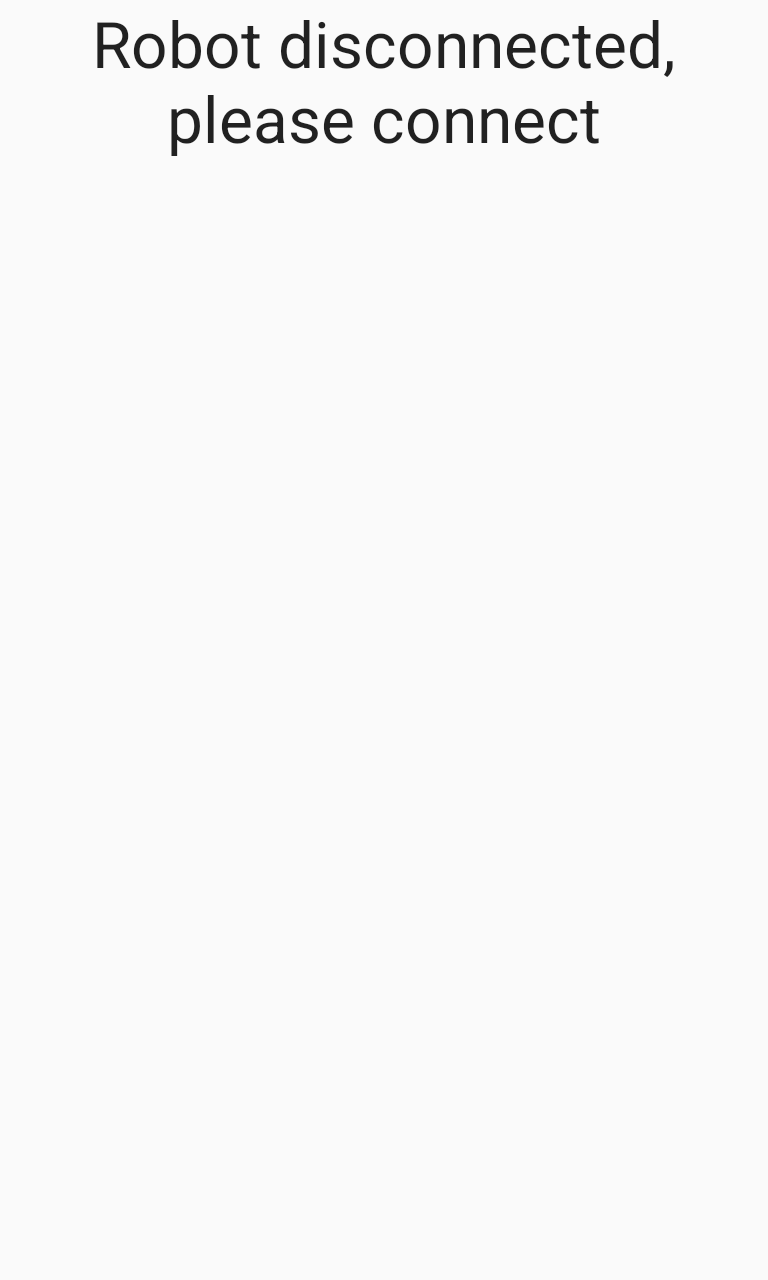
Repository: cjsatuforc/Bobina
Layout: source/android/Bobina/res/layout/main_layout.xml
An editor plug-in stored every save of this project. The layout is shown before and after the next save, followed by the edit.
It is drawn on a 768 x 1280 px phone screen (xhdpi) without system bars, with theme AppTheme; the app's code is not run.

Above is the layout before, as saved 2015-04-25 23:59:52.

### source/android/Bobina/res/layout/main_layout.xml
<?xml version="1.0" encoding="utf-8"?>
<RelativeLayout xmlns:android="http://schemas.android.com/apk/res/android"
    android:layout_width="match_parent"
    android:layout_height="match_parent" >

    <TextView
        android:id="@+id/main_title"
        style="@style/AppTitle"
        android:layout_width="wrap_content"
        android:layout_height="wrap_content"

        android:text="@string/main_title_disconnected" />

</RelativeLayout>

### source/android/Bobina/res/values-v11/styles.xml
<resources xmlns:android="http://schemas.android.com/apk/res/android">

    <!--
        Base application theme for API 11+. This theme completely replaces
        AppBaseTheme from res/values/styles.xml on API 11+ devices.
    -->
    <style name="AppBaseTheme" parent="Theme.AppCompat.Light">
        <!-- API 11 theme customizations can go here. -->
    </style>

    <!-- Titles of project -->
    <style name="AppTitle" parent="AppBaseTheme">
        <item name="android:textSize">32sp</item>
        <item name="android:gravity">center</item>
    </style>

</resources>

### source/android/Bobina/res/values/strings.xml
<?xml version="1.0" encoding="utf-8"?>
<resources>

    <string name="app_name">Bobina</string>
    <string name="hello_world">Hello world!</string>
    <string name="action_settings">Settings</string>
    <string name="main_title_disconnected">Robot disconnected, please connect</string>

</resources>

### source/android/Bobina/res/layout/control.xml
<?xml version="1.0" encoding="utf-8"?>
<RelativeLayout xmlns:android="http://schemas.android.com/apk/res/android"
    android:layout_width="match_parent"
    android:layout_height="match_parent"
    android:orientation="vertical" >

    <ImageButton
        android:id="@+id/imageButton2"
        android:layout_width="wrap_content"
        android:layout_height="wrap_content"
        android:layout_below="@+id/imageButton4"
        android:layout_centerHorizontal="true"
        android:src="@drawable/back" />

    <ImageButton
        android:id="@+id/imageButton1"
        android:layout_width="wrap_content"
        android:layout_height="wrap_content"
        android:layout_centerHorizontal="true"
        android:layout_alignLeft="@+id/imageButton2"
        android:layout_alignParentTop="true"
        android:src="@drawable/up" />

    <ImageButton
        android:id="@+id/imageButton3"
        android:layout_width="wrap_content"
        android:layout_height="wrap_content"
        android:layout_alignParentLeft="true"
        android:layout_alignParentTop="true"
        android:layout_marginTop="90dp"
        android:src="@drawable/left" />

    <ImageButton
        android:id="@+id/imageButton4"
        android:layout_width="wrap_content"
        android:layout_height="wrap_content"
        android:layout_alignParentRight="true"

        android:layout_alignTop="@+id/imageButton3"
        android:src="@drawable/right" />

</RelativeLayout>

Loaded but not shown: source/android/Bobina/res/values/styles.xml (common file); source/android/Bobina/res/values-v14/styles.xml (common file)

After the next save:
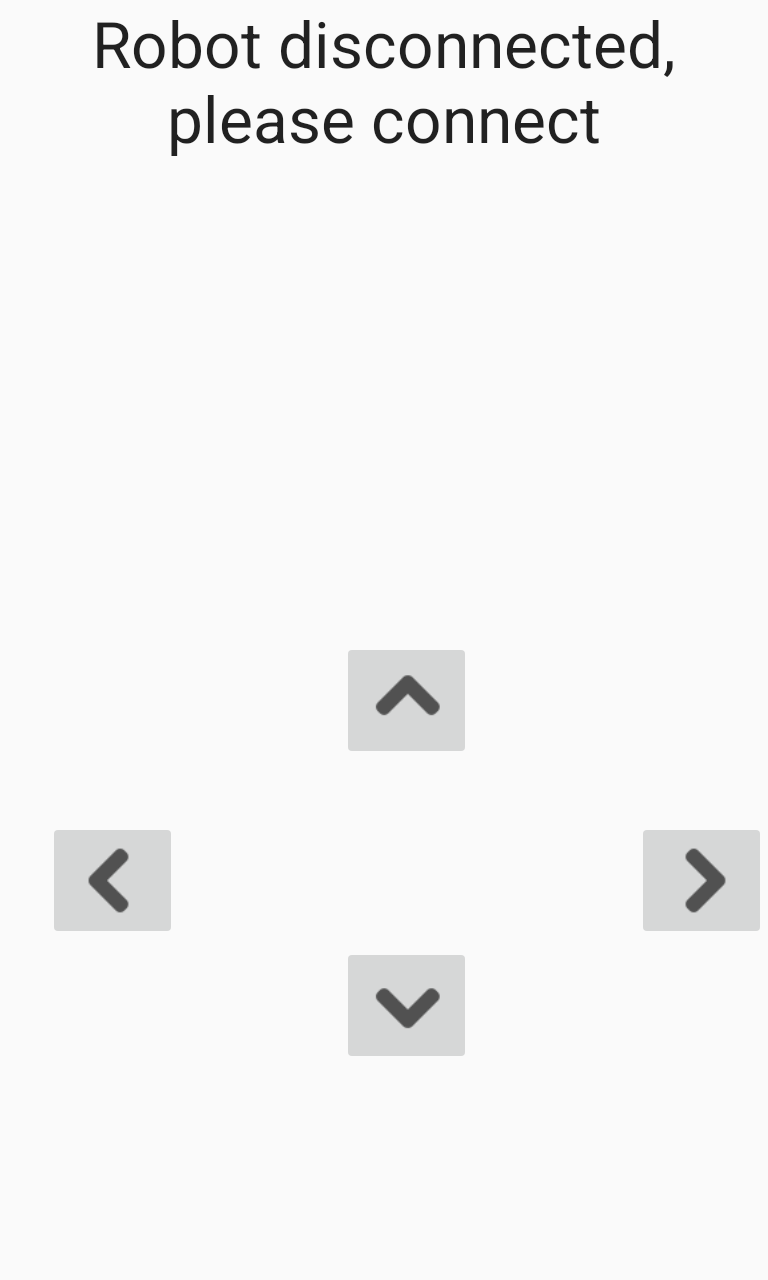
Saved 21 s later.
--- a/source/android/Bobina/res/layout/main_layout.xml
+++ b/source/android/Bobina/res/layout/main_layout.xml
@@ -11,4 +11,13 @@
 
         android:text="@string/main_title_disconnected" />
 
+    <include
+        android:layout_width="wrap_content"
+        android:layout_height="wrap_content"
+        android:layout_alignParentBottom="true"
+        android:layout_alignParentLeft="true"
+        android:layout_marginBottom="106dp"
+        android:layout_marginLeft="23dp"
+        layout="@layout/control" />
+
 </RelativeLayout>
